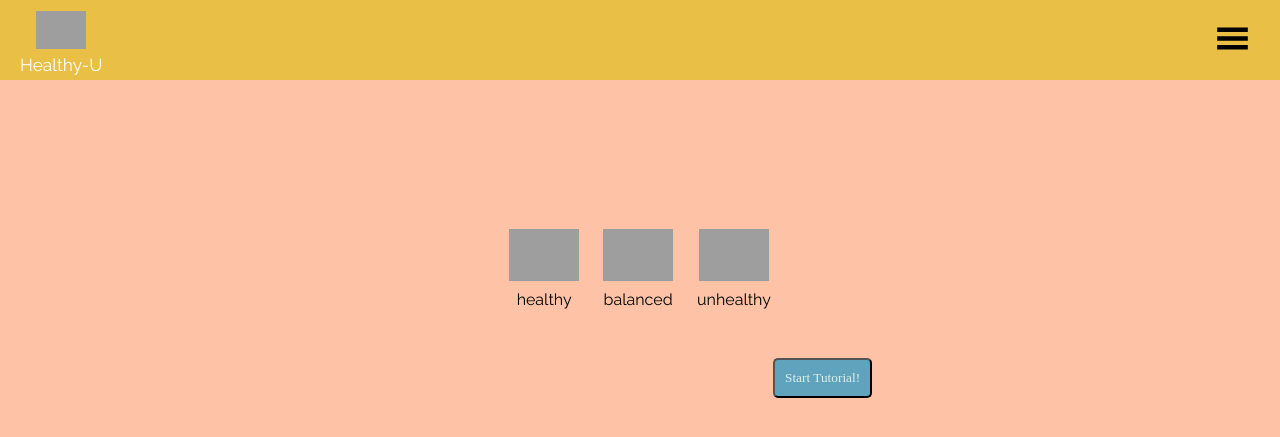
Repository: smashy09/healthy-share
Page: /InformationPage
An editor plug-in stored every save of this project. The page is shown before and after the next save, followed by the edit.
The browser window is 1280 px wide. The pictures show the whole page.
Pictures or frames that could not be fetched are drawn as grey boxes. The project was rebuilt for these pictures with package versions that can differ from the ones it lists, and the page was loaded fresh each time. The framework's server and built-in components were replaced by stand-ins that run in the browser. Also part of the build but not shown: next.config.js.

Above is the page before, as saved 2020-05-14 21:17:09.

### pages/_app.js
// import App from 'next/app'
import './app.css';

function MyApp({ Component, pageProps }) {
    return <Component {...pageProps} />
  }

  // Only uncomment this method if you have blocking data requirements for
  // every single page in your application. This disables the ability to
  // perform automatic static optimization, causing every page in your app to
  // be server-side rendered.
  //
  // MyApp.getInitialProps = async (appContext) => {
  //   // calls page's `getInitialProps` and fills `appProps.pageProps`
  //   const appProps = await App.getInitialProps(appContext);
  //
  //   return { ...appProps }
  // }

  export default MyApp

### pages/_document.js
import Document, { Html, Head, Main, NextScript } from 'next/document'


class MyDocument extends Document {
  static async getInitialProps(ctx) {
    const initialProps = await Document.getInitialProps(ctx)
    return { ...initialProps }
  }

  render() {
    return (
      <Html>
        <Head />
        <body>
        <link href="https://fonts.googleapis.com/css2?family=Raleway&display=swap" rel="stylesheet"></link>
          <Main />
          <NextScript />
        </body>
      </Html>
    )
  }
}

export default MyDocument

### pages/InformationPage/index.js
import Router from 'next/router';
import React from 'react';
import './info.css';
import Header from '../../comps/Header';
import CustomText from '../../comps/CustomText';
import CustomButton from '../../comps/CustomButton';

//Info Page


function NextPage(){
    Router.push("/AnimationPage1");
}
//homePage
const healthyImg = require('./healthyicon.png');
const balancedImg = require('./balancedicon.png');
const unhealthyImg = require('./unhealthyicon.png');

const InformationPage = ({backgroundColor, healthytxt, balancedtxt, unhealthytxt, healthyImg, balancedImg, unhealthyImg}) => <div
style={{backgroundColor:backgroundColor}}

  id="All_info_page">
    <Header/>
    <CustomText fontSize={22}  text="Welcome to Healthy-U!"/>
    <CustomText fontSize={18}  text="Health-U goal is to help you be more aware of
your lifestyle by gathering information based on
your answers for the survey!"/>
 <CustomText fontSize={22} text="How to Use!"/>
 <CustomText fontSize={18} text="Whenever you're ready just click start survey.
There will be 3 questions
Pick the answer that represents you the closest."/>
  <div className="card_answers">
        <div className="options">
            <img src={healthyImg} />
            {healthytxt}
        </div>

        <div className="options">
           <img src={balancedImg} />
            {balancedtxt}
         </div>

        <div className="options">
           <img src={unhealthyImg} />
            {unhealthytxt}
        </div>
    </div>
<CustomText fontSize={18} text="After answering you will be given results
filled with info on how to become a better U! "/>
<div className="info_button">
<CustomButton className="R_button" text="Start Tutorial!" onClick={NextPage}/>
</div>
</div>

InformationPage.defaultProps = {
    place:"New Button",
    color:"#000",
    healthytxt:"healthy",
    balancedtxt:"balanced",
    unhealthytxt:"unhealthy",
    healthyImg:healthyImg,
    balancedImg:balancedImg,
    unhealthyImg:unhealthyImg,
}
export default InformationPage;

### pages/app.css
*{
    font-family: 'Raleway', sans-serif;
}

### pages/InformationPage/info.css
body {
    background-color: #fec3a6;
}

.All_info_page{
    text-align: center;

}
.All_info_page p{
 margin-bottom: 2px;
}

.card_answers{
    display: flex;
    justify-content: center;
    align-items: center;
}

.options{
    display: inline-flex;
    flex-direction: column;
    align-items: center;
    /* border: solid 1px gray; */
    border-radius: 25px;
    margin: 10px;
    padding: 2px;

}

.options img{
    width: 70px;
    height: 70px;
    object-fit: contain;
}

.info_button{
    position: absolute;
    left: 60%;
}

### comps/Header/index.js
import React from 'react';
import Link from 'next/link';
import './header.css'
import {GiHamburgerMenu} from 'react-icons/gi';


const logoImg = require('./logo.png');

const Header = ({ text, color, fontSize, text1, text2, text3,text4, lineHeight}) => <div>
    <div className="HeaderContainer">
        <div className="HeaderLogo" style={{color, fontSize}} > <Link href="/HomePage"><img src={logoImg}/></Link><div>{text}</div></div>
        <div className="HamburgerMenu" onClick={MenuToggle}><GiHamburgerMenu size="35" /></div>
        <div className="HamburgermenuContainer" style={{fontSize, lineHeight}}>
        <Link href="/InformationPage"><div className="HamburgerItem">{text4}</div></Link>
            <Link href="/AnimationPage1"><div className="HamburgerItem">{text1}</div></Link>
            <Link href="/Survey1"><div className="HamburgerItem">{text2}</div></Link>
            <Link href="/ResultPage"><div className="HamburgerItem">{text3}</div></Link>
        </div>
    </div>
</div>

Header.defaultProps = {
    text: "Healthy-U",
    color: "#fff",
    fontSize: "13pt",
    text1: "Tutorial",
    text2: "Survey",
    text3: "Result",
    text4: "Information",
    lineHeight: "2em"
}


var menuState = false;
function MenuToggle() {
    if (menuState === true) {
        document.querySelector(".HamburgermenuContainer").style.display = "none";
        menuState = false;

    } else {
        document.querySelector(".HamburgermenuContainer").style.display = "block";
        menuState = true;
    }
}

export default Header;

### comps/CustomText/index.js
import React from 'react';
import './text.css';


//text

const CustomText = () => <div className="custom_text_box">
<p className="custom_text"></p>
</div>

CustomText.defaultProps = {
    color:"#3A3D42",
    text:"Hello There!",
    fontSize:"10px"
}

export default CustomText;

### comps/CustomButton/index.js
import React from 'react';
import './button.css';

//madec the UI

const CustomButton = ({text, backgroundColor, color, onClick}) => <div className="custom_button_box">
<button className="custom_button" style={{backgroundColor:backgroundColor, color:color}} onClick={onClick} > {text} </button>
</div>

function ButtonClick() {
    alert("clicked")
}

CustomButton.defaultProps = {
    backgroundColor:"#60a3bc",
    color:"#DEEDEC",
    text:"Start Survey",
    onClick:ButtonClick
}
export default CustomButton;

### comps/Header/header.css
body, html{
    margin:0;
}

.HeaderContainer {
    width: 100%;
    height: 80px;
    background-color:#E9BF46;
    display: inline-flex;
    align-items: center;
}

.HeaderLogo:hover {
    opacity: 0.7;
}

.HeaderLogo:hover {
    opacity: 0.7;
}

.HamburgerMenu {
    position: absolute;
    right: 30px;
}

.HamburgerMenu:hover{
    color: white;
}

.HeaderLogo {
    padding-left: 20px;
    display: inline-flex;
    flex-direction: column;
    align-items: center;
    justify-content: center;
}

.HeaderLogo img{
    width: 50px;
    height: 50px;
    object-fit: contain;

}

.HamburgermenuContainer {
    margin: 20px;
    width: 120px;
    background-color: #D9ECF0;
    border-radius: 7%;
    text-align: center;
    padding: 15px;
    position: absolute;
    right: 0;
    top: 35px;
    display: none;
    z-index: 1;
}

.HamburgermenuContainer:hover {
    opacity: 0.8;
}


.HamburgerItem:hover {
    color: rgb(214, 129, 157);
    cursor: pointer;
}

### comps/CustomText/text.css
.custom_text_box{
    font-family: 'Spectral', serif;
    display: flex;
    justify-content: center;
    }

### comps/CustomButton/button.css
.custom_button {
    display: flex;
    border-radius: 5px;
    padding: 10px;
    font-family: 'Spectral', serif;
    cursor: pointer;
    margin: 5px;
    box-shadow: pink 10px;
    }

After the next save:
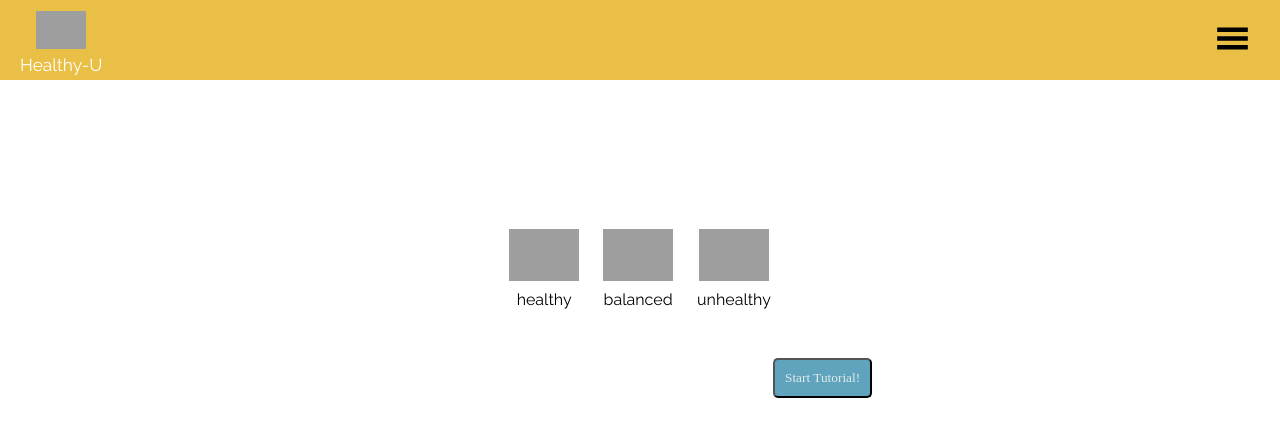
Saved 47 s later.
--- a/pages/InformationPage/info.css
+++ b/pages/InformationPage/info.css
@@ -1,5 +1,5 @@
 body {
-    background-color: #fec3a6;
+    background-color: ec3a6;
 }
 
 .All_info_page{

After the save that followed:
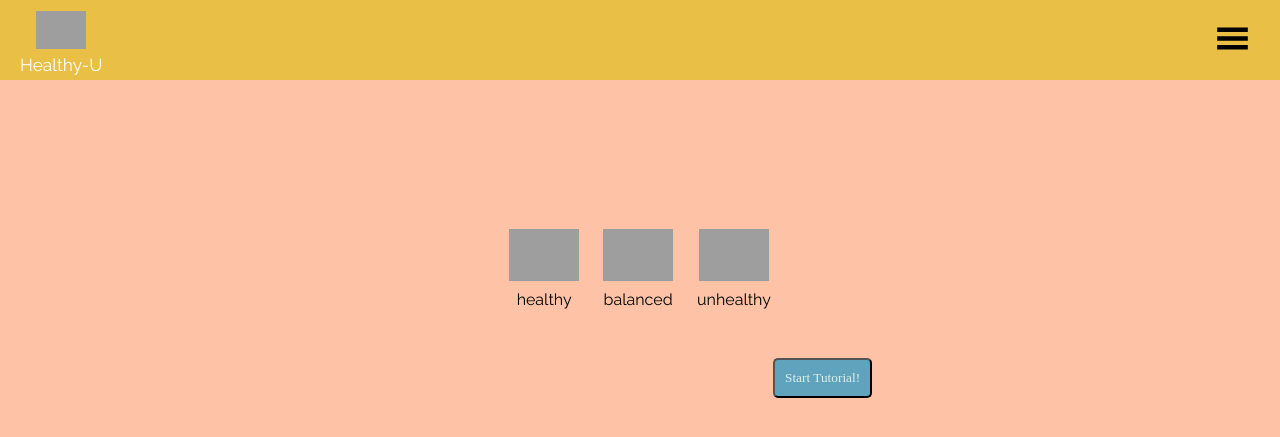
Saved 12 s later.
--- a/pages/InformationPage/info.css
+++ b/pages/InformationPage/info.css
@@ -1,5 +1,5 @@
 body {
-    background-color: ec3a6;
+    background-color: #fec3a6;
 }
 
 .All_info_page{
